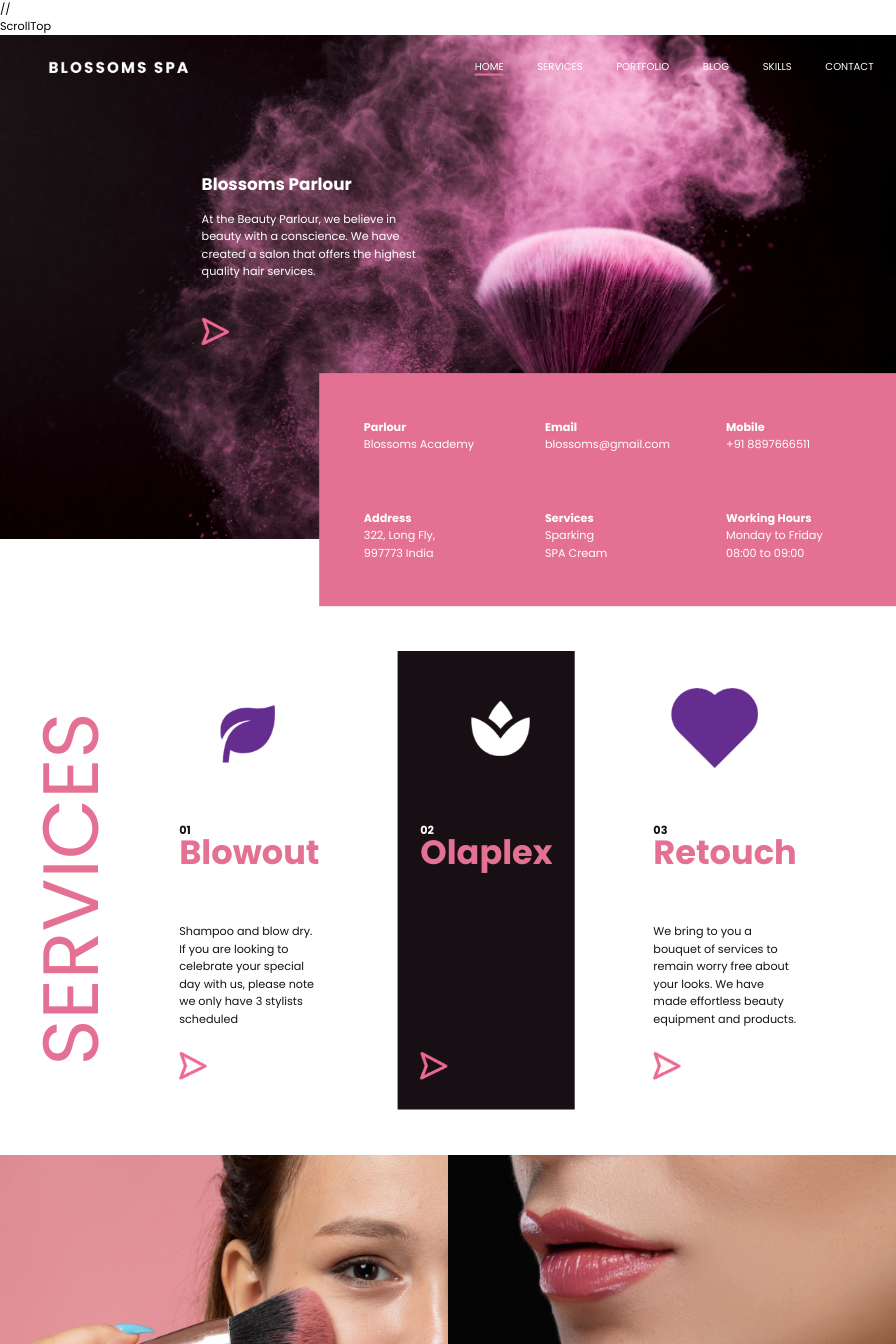
Repository: OmniaRafat232111121/animateSalon
Page: /
These files come from the project's save history. The page is drawn as it stood at one moment and after a run of saves; the edit follows.
The browser window is 1280 px wide. The pictures show the part of the page from y = 0 to 1920 px (the page is 5472 px tall before and 5422 px after), at 70% of full size.
The project was rebuilt for these pictures with package versions that can differ from the ones it lists, and the page was loaded fresh each time.

Above is the page before, as saved 2022-07-26 17:58:41.

After the next 3 saves:
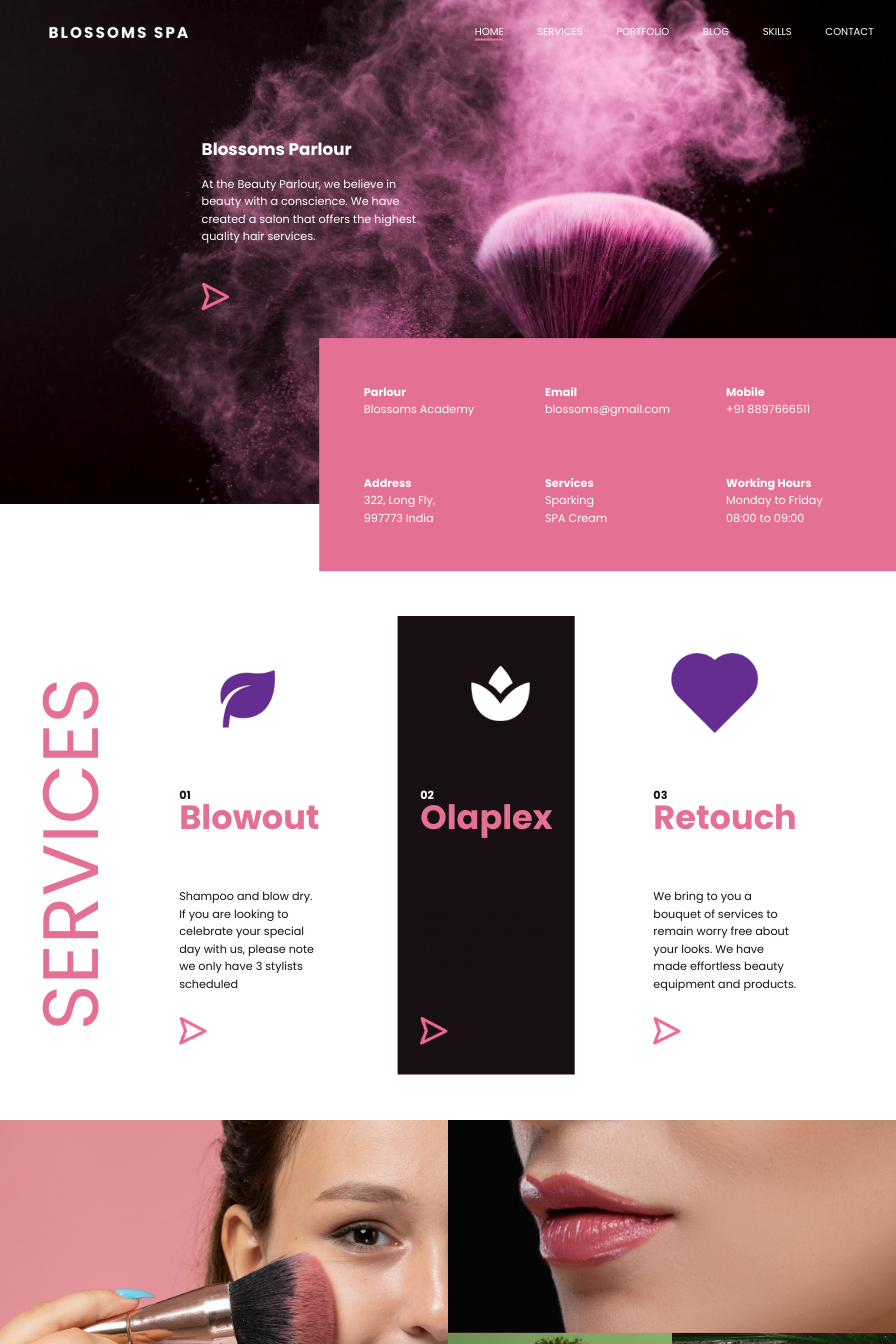
The 3 saves are shown as one change because 1 did not build or start and some came seconds apart.
The last was saved 28 s later.
--- a/src/App.js
+++ b/src/App.js
@@ -5,7 +5,7 @@ import Home from './components/Home'
 import Milestones from './components/Milestones'
 import Portfolio from './components/Portfolio'
 import Pricing from './components/Pricing'
-import ScrollTop from './components/ScrollTop'
+
 import Services from './components/Services'
 import Skill from './components/Skill'
 import Testimonil from './components/Testimonil'
@@ -14,7 +14,7 @@ import Viedo from './components/Viedo'
 const App = () => {
   return (
  <>
-//  <ScrollTop />
+
  <Home/>
  <Services/>
  <Portfolio/>
